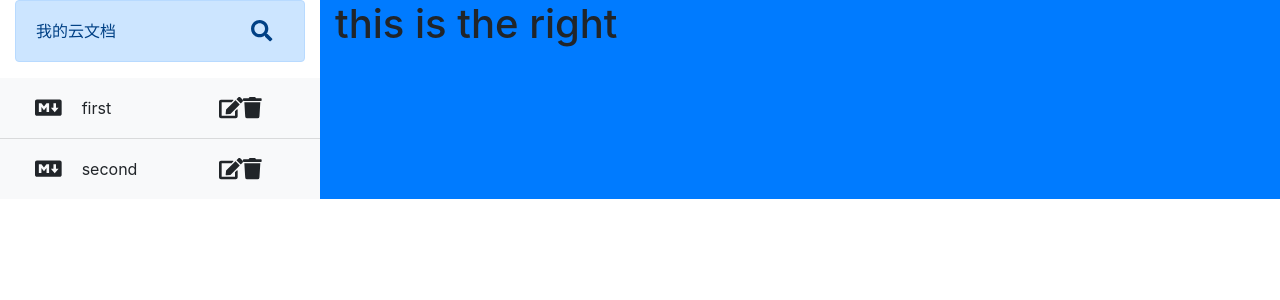
Repository: weijie-he/clould-doc
Page: /
An editor plug-in stored every save of this project. The page is shown before and after a run of saves, followed by the edit.
The browser window is 1280 px wide. The pictures show the whole page.
The project was rebuilt for these pictures with package versions that can differ from the ones it lists, and the page was loaded fresh each time.

Above is the page before, as saved 2020-09-30 17:06:48.

### src/App.js
import React from 'react';
import FileSearch from './components/FileSearch';
import FileList from './components/FileList';
import {defaultFiles} from './utils/defaultFiles'
import './App.css';

function App() {
  return (
    <div className="App container-fluid">
      <div className="row">
        <div className="col-3 left-align">
          <FileSearch
          title={"我的云文档"}
          onFileSearch={(value)=>{console.log(value)}}
          />
          <FileList files={defaultFiles}/>
        </div>
        <div className="col-9 bg-primary right-align">
          <h1>this is the right</h1>
        </div>
      </div>
    </div>
  );
}

export default App;

### src/components/FileSearch.js
import React, {useState, useEffect, useRef} from "react"
import { Alert, Button} from 'react-bootstrap';
import { FontAwesomeIcon } from '@fortawesome/react-fontawesome'
import { faSearch, faTimes} from '@fortawesome/free-solid-svg-icons'

const FileSearch = ({title , onFileSearch}) => {
    const [inputActive, setInputActive] = useState(false)
    const [value, setValue] = useState("")

    const closeSearch = (event) => {
        event.preventDefault();
        setInputActive(false)
        setValue('')
    }

    let node = useRef(null)

    useEffect(()=>{
        const handleInputEvent = (event) => {
            const {keyCode} = event
            // 按下回车键
            if( keyCode === 13 && inputActive === true){
                onFileSearch(value)
            }
            // 按下esc
            else if( keyCode === 13 && inputActive === true){
                closeSearch(event)
            }
        }

        console.log(node)
        // 添加监听器 keyup 事件在按键被松开时触发。
        document.addEventListener('keyup',handleInputEvent)
        // 如果你的 effect 返回一个函数，React 将会在执行清除操作时调用它。
        return () => {
            document.removeEventListener('keyup',handleInputEvent)
        }
    })

    useEffect(()=>{
        if(inputActive){
            node.current.focus()
        }
    },[inputActive])


    return(
        <Alert variant={'primary'} className="d-flex justify-content-between align-items-center">
            { !inputActive &&
                <>
                    <span>{title}</span>
                    <Button
                    className={"icon-button"}
                    onClick={()=>setInputActive(true)}>
                    <FontAwesomeIcon
                        title={"搜索"}
                        icon={faSearch}
                        size={"lg"}
                    />
                    </Button>
                </>
            }
            { inputActive &&
                <>
                    <input
                        className="form-control"
                        value={value}
                        onChange={(e)=> setValue(e.target.value)}
                        ref={node}
                    />
                    <Button
                        className={"icon-button"}
                        onClick={closeSearch}>
                        <FontAwesomeIcon
                            title={"关闭"}
                            icon={faTimes}
                            size={"lg"}
                        />
                    </Button>
                </>
            }
        </Alert>
    )
}

export default FileSearch

### src/components/FileList.js
import React from 'react'
import { ListGroup,Button } from 'react-bootstrap';
import { FontAwesomeIcon } from '@fortawesome/react-fontawesome'
import { faEdit, faTrash} from '@fortawesome/free-solid-svg-icons'
import { faMarkdown} from '@fortawesome/free-brands-svg-icons'


const FileList = ({files,onFileClick,onSaveEdit,onFileDelete})=>{
    return(
        <ListGroup variant="flush" className={"file-list"}>
            {
                files.map(file => (
                    <ListGroup.Item
                    className="bg-light d-flex align-items-center file-item row"
                    key={file.id}
                    >
                        <span className="col-2">
                            <FontAwesomeIcon
                                title={"markdown"}
                                icon={faMarkdown}
                                size={"lg"}
                            />
                        </span>
                        <span className="col-6">{file.title}</span>
                        <Button
                            className={"icon-button col-1"}
                            onClick={()=>{}}>
                            <FontAwesomeIcon
                                title={"编辑"}
                                icon={faEdit}
                                size={"lg"}
                            />
                        </Button>
                        <Button
                            className={"icon-button  col-1"}
                            onClick={()=>{}}>
                            <FontAwesomeIcon
                                title={"删除"}
                                icon={faTrash}
                                size={"lg"}
                            />
                        </Button>
                    </ListGroup.Item>
                ))
            }

        </ListGroup>
    )
}

export default FileList

### src/utils/defaultFiles.js
export const defaultFiles = [
    {
        id:"1",
        title:"first",
        body:"hehe",
        createAt:123
    },
    {
        id:"2",
        title:"second",
        body:"## hehe",
        createAt:123
    }
]

### src/App.css
.icon-button ,.icon-button:hover{
  background: none;
  border: none;
  color: inherit;
}

Loaded but not shown: public/index.html (common file); src/index.js (common file); src/index.css (common file); src/serviceWorker.js (common file)

After the next 3 saves:
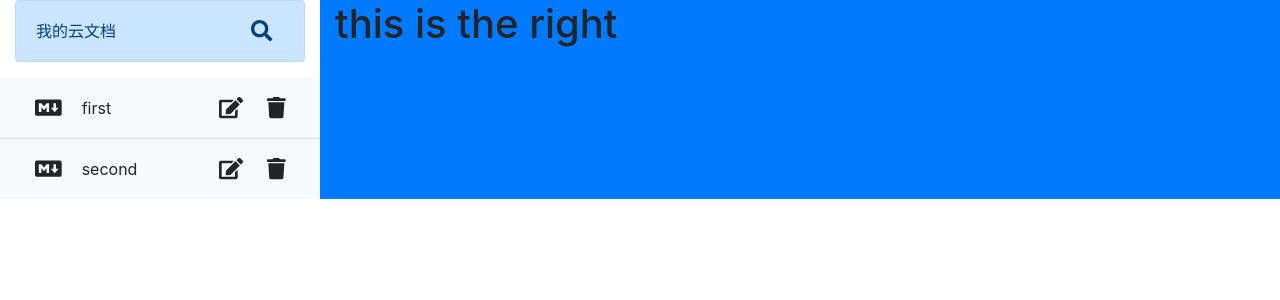
The 3 saves are shown as one change because they came seconds apart.
The last was saved 26 s later.
--- a/src/components/FileList.js
+++ b/src/components/FileList.js
@@ -23,7 +23,7 @@ const FileList = ({files,onFileClick,onSaveEdit,onFileDelete})=>{
                         </span>
                         <span className="col-6">{file.title}</span>
                         <Button
-                            className={"icon-button col-1"}
+                            className={"icon-button col-2"}
                             onClick={()=>{}}>
                             <FontAwesomeIcon
                                 title={"编辑"}
@@ -32,7 +32,7 @@ const FileList = ({files,onFileClick,onSaveEdit,onFileDelete})=>{
                             />
                         </Button>
                         <Button
-                            className={"icon-button  col-1"}
+                            className={"icon-button  col-2"}
                             onClick={()=>{}}>
                             <FontAwesomeIcon
                                 title={"删除"}
